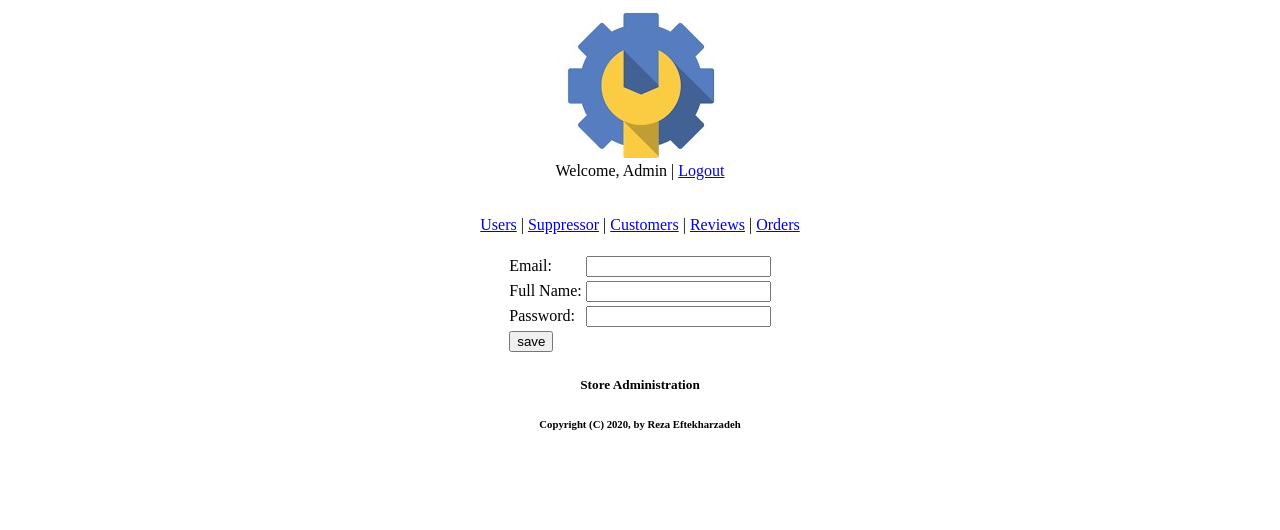
Repository: RezaEftekharzadeh/frey
Page: http://localhost/SilencerStoreProject/admin/user_create.jsp
An editor plug-in stored every save of this project. The page is shown before and after the next save, followed by the edit.
The browser window is 1280 px wide. The pictures show the whole page.
The page is served by Tomcat 9. Nobody is signed in. The application's start-up code is not run. Other server files are loaded and not shown.

Above is the page before, as saved 2020-07-20 16:09:09.

### SilencerStoreProject/WebContent/admin/user_create.jsp
<%@ page language="java" contentType="text/html; charset=ISO-8859-1"
    pageEncoding="ISO-8859-1"%>
     <%@ taglib prefix="c" uri="http://java.sun.com/jsp/jstl/core" %>
<!DOCTYPE html>
<html>
<head>
<meta charset="ISO-8859-1">
<title>Create User</title>
</head>
<body>
<jsp:include page="header.jsp" />


	<div align="center">
	<%-- 	<c:if user != null>
	     	<h1>Edit User</h1>
	    </c:if>

	    <c:if ${user.userId} == null>
	     	<h1>Create User</h1>
	    </c:if> --%>
    </div>

    <div align="center">

    	<h3><p style="color:red;">${messageFailed}</p></h3>


    </div>

    <div align="center">
    	<form action="create_user" method="post">

    		<table>

    			<tr>
    				<td>Email:</td>
    				<td><input type="text" name="email" size="20" value= ${user.email }>
    			</tr>
    			<tr>
    				<td>Full Name:</td>
    				<td><input type="text" name="fullName" size="20"  value= ${user.fullName }>
    			</tr>
    			<tr>
    				<td>Password:</td>
    				<td><input type="password" name="password" size="20"  value= ${user.password }>
    			</tr>
    			<tr>
    				<td><input type="submit" value="save"></td>
    			</tr>

    		</table>

    	</form>

    </div>

     <jsp:include page="footer.jsp" />
</body>
</html>

### SilencerStoreProject/WebContent/admin/header.jsp
<div align="center">

	<div >
		 <img src="../images/admin-page.jpg">
	</div>

	<div >
	  Welcome, Admin | <a href="logout">Logout</a>
	</div>
	<br><br>

	<div>
		<a href="list_users">Users</a> |
		<a href="suppressor">Suppressor</a> |
		<a href="customers">Customers</a> |
		<a href="reviews">Reviews</a> |
		<a href="orders">Orders</a>
	</div>
</div>

### SilencerStoreProject/WebContent/admin/footer.jsp

<div align="center">

 <h5>Store Administration</h5>
 <h6> Copyright (C) 2020, by Reza Eftekharzadeh</h6>



</div>

After the next save:
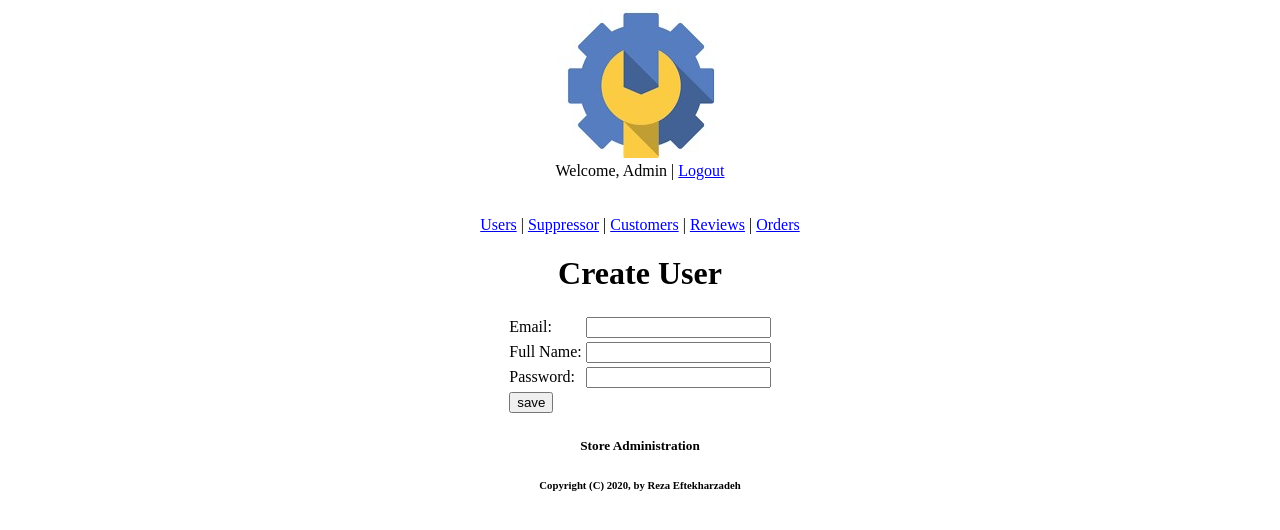
Saved 2 min 42 s later.
--- a/SilencerStoreProject/WebContent/admin/user_create.jsp
+++ b/SilencerStoreProject/WebContent/admin/user_create.jsp
@@ -12,13 +12,13 @@
 
 
 	<div align="center">
-	<%-- 	<c:if user != null>
+		<c:if test = "${user != null}">
 	     	<h1>Edit User</h1>
 	    </c:if>
 
-	    <c:if ${user.userId} == null>
+	    <c:if test="${user.userId == null}">
 	     	<h1>Create User</h1>
-	    </c:if> --%>
+	    </c:if>
     </div>
 
     <div align="center">
